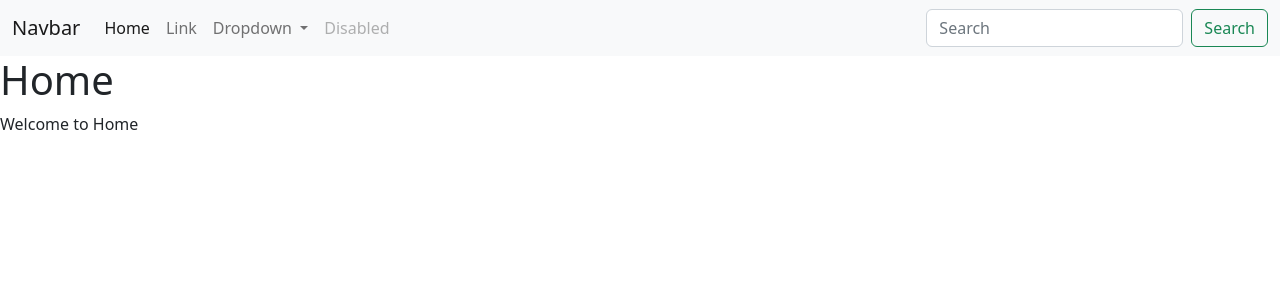
Repository: BlessingAjiboye/WEEJ4JULIO
Page: http://localhost/
An editor plug-in stored every save of this project. The page is shown before and after the next save, followed by the edit.
The browser window is 1280 px wide. The pictures show the whole page.
The page is served by the project's Node server (server.js).

Above is the page before, as saved 2022-09-22 15:41:58.

After the next save:
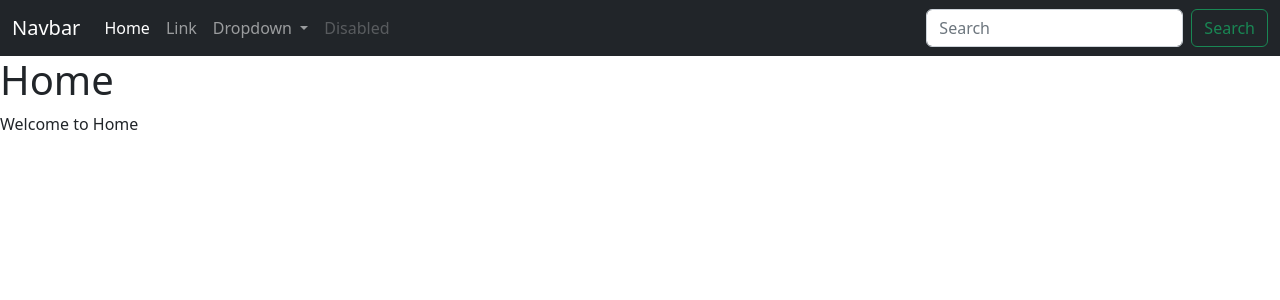
Saved 61 s later.
--- a/views/index.ejs
+++ b/views/index.ejs
@@ -10,7 +10,7 @@
   <link rel='stylesheet' href='/Content/app.css' />
 </head>
 <body>
-  <nav class="navbar navbar-expand-lg bg-light">
+  <nav class="navbar navbar-expand-lg navbar-dark bg-dark">
     <div class="container-fluid">
       <a class="navbar-brand" href="#">Navbar</a>
       <button class="navbar-toggler" type="button" data-bs-toggle="collapse" data-bs-target="#navbarSupportedContent" aria-controls="navbarSupportedContent" aria-expanded="false" aria-label="Toggle navigation">
